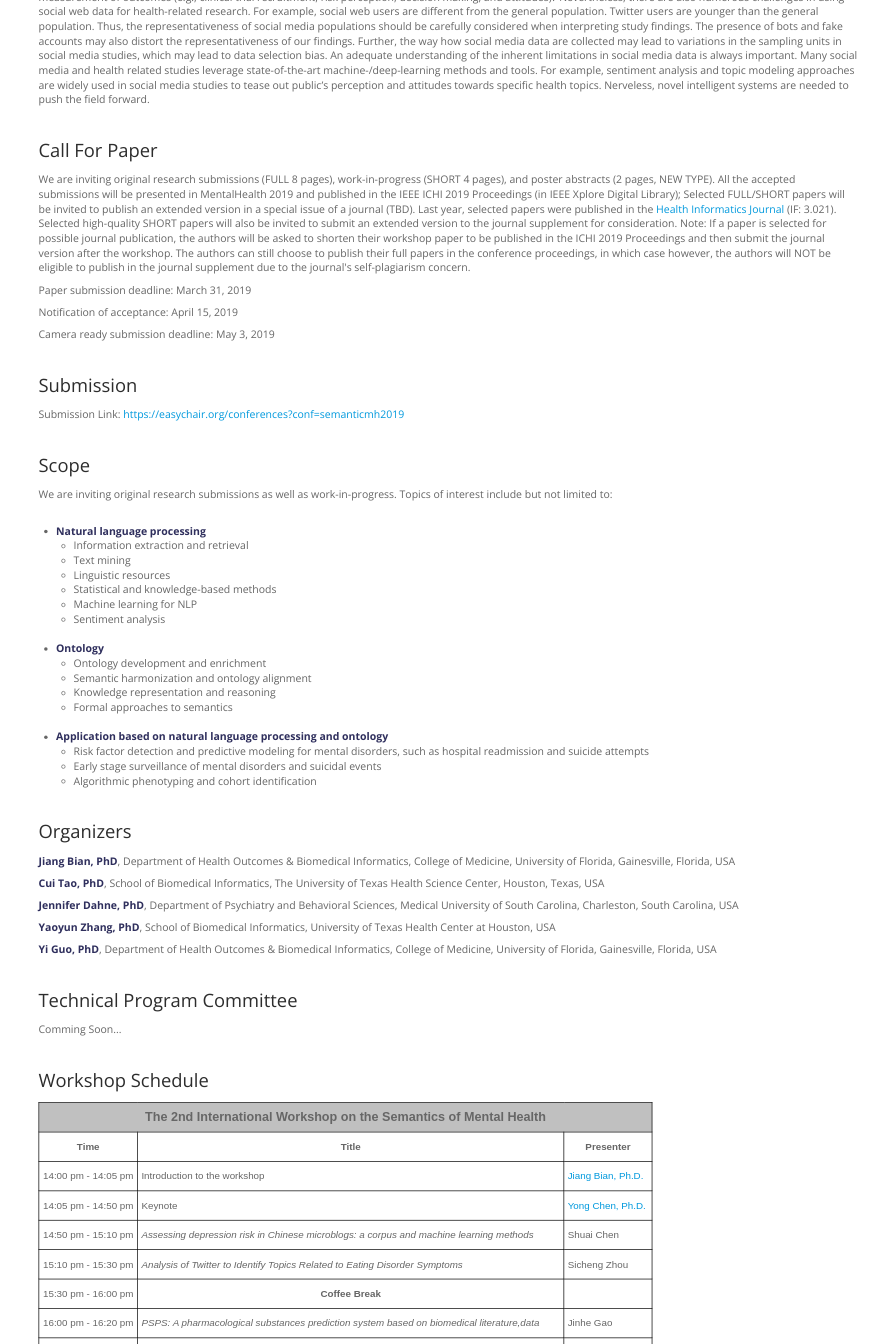
Repository: bianjiang/semantics-powered.org
Page: ISSWHR-2020/index.html
An editor plug-in stored every save of this project. The page is shown before and after the next save, followed by the edit.
The browser window is 1280 px wide. The pictures show the part of the page from y = 574 to 2494 px (the page is 2801 px tall before and 2696 px after), at 70% of full size.
Some web libraries are served in a nearby version.

Above is the page before, as saved 2019-10-26 16:52:56.
Console error (its wording comes from the project's code and is left out).

### ISSWHR-2020/index.html
<!DOCTYPE html>
<!--[if lt IE 7]>      <html class="no-js lt-ie9 lt-ie8 lt-ie7"> <![endif]-->
<!--[if IE 7]>         <html class="no-js lt-ie9 lt-ie8"> <![endif]-->
<!--[if IE 8]>         <html class="no-js lt-ie9"> <![endif]-->
<!--[if gt IE 8]><!-->
<html class="no-js">
<!--<![endif]-->

<head>
  <meta charset="utf-8">
  <meta http-equiv="X-UA-Compatible" content="IE=edge,chrome=1">
  <title></title>
  <meta name="description" content="">
  <meta name="viewport" content="width=device-width">

  <link rel="stylesheet" href="css/bootstrap.min.css">
  <style>
    body {
      padding-top: 60px;
      padding-bottom: 40px;
    }
  </style>
  <link rel="stylesheet" href="css/bootstrap-responsive.min.css">
  <link rel="stylesheet" href="css/main.css">

  <script src="js/vendor/modernizr-2.6.2-respond-1.1.0.min.js"></script>
</head>

<body class="preview" id="top" data-spy="scroll" data-target=".subnav" data-offset="80">
  <!--[if lt IE 7]>
            <p class="chromeframe">You are using an <strong>outdated</strong> browser. Please <a href="http://browsehappy.com/">upgrade your browser</a> or <a href="http://www.google.com/chromeframe/?redirect=true">activate Google Chrome Frame</a> to improve your experience.</p>
        <![endif]-->

  <!-- This code is taken from http://twitter.github.com/bootstrap/examples/hero.html -->

  <div class="navbar navbar-fixed-top">
    <div class="navbar-inner">
      <div class="container">

        <a class="btn btn-navbar" data-toggle="collapse" data-target=".nav-collapse">
                        <span class="icon-bar"></span>
                        <span class="icon-bar"></span>
                        <span class="icon-bar"></span>
                    </a>
        <a class="brand" href="#">&nbsp;</a>
        <div class="nav-collapse collapse">
          <ul class="nav">
            <li class="active"><a href="#">Home</a></li>
            <!--
                            <li><a href="#aboutxx">About</a></li>
                            <li><a href="#contact">Contact</a></li>
                            -->
          </ul>
        </div>

      </div>

    </div>
  </div>

  <div class="container">

    <!-- Main hero unit for a primary marketing message or call to action -->
    <!--
            <div class="hero-unit">
                <h1>Hello, world!</h1>
                <p>This is a template for a simple marketing or informational website. It includes a large callout called the hero unit and three supporting pieces of content. Use it as a starting point to create something more unique.</p>
                <p><a class="btn btn-primary btn-large">Learn more &raquo;</a></p>
            </div>
            -->
    <!-- Masthead
================================================== -->
    <header class="jumbotron subhead" id="overview">
      <div class="row">
        <div class="span12">
          <br/>
          <h2>Intelligent Systems in Social Web and Health Research 2020 (ISSWHR 2020)</h2>
          <p>In conjunction with the <a href="https://jsasaki3.wixsite.com/ieaaie2020" target="_blank">The 33th International Conference on Industrial, Engineering & Other Applications of Applied Intelligent Systems</a> (IEA/AIE 2020)</p>
          <p>To be held in Kitakyushu, Japan</p>
          <p>July 21-24, 2020</p>
        </div>
        <div class="span6">
          <!--
      <div class="bsa well">
          <div id="bsap_1277971" class="bsarocks bsap_c466df00a3cd5ee8568b5c4983b6bb19"></div>
      </div>
    -->
        </div>
      </div>
      <div class="subnav">
        <ul class="nav nav-pills">
          <li><a href="#history">History</a></li>
          <li><a href="#overview">Overview</a></li>
          <!-- <li><a href="#audience">Audience</a></li> -->
          <li><a href="#callforpaper">Call For Paper</a></li>
          <li><a href="#submissions">Submission</a></li>
          <!-- <li><a href="#rational">Rational</a></li>
          <li><a href="#workshopstructure">Workshop Structure</a></li> -->
          <!-- <li><a href="#publicity">Publicity</a></li> -->
          <li><a href="#scope">Scope</a></li>
          <li><a href="#organizers">Organizers</a></li>
          <li><a href="#techprogcom">Technical Program Committee</a></li>
        </ul>
      </div>
    </header>

    <!-- <section id="History">
      <div class="row">
        <div class="span12">
          <h3>History</h3>
          <p>The 1st International Workshop on the Semantics of Mental Health (SemanticMH 2018) was successfully organized and hosted in conjunction with the sixth IEEE International Conference on Healthcare Informatics (ICHI 2018) on June 7th, 2018 in New York City, NY, USA.  Overall, we received 7 high quality submissions and we accepted 6 of them.  The accepted papers were published in the IEEE ICHI 2018 workshop proceedings; and we invited the authors of these 6 accepted papers to submit an extended journal version to a special issue (“Special Issue: Semantics of Mental Health”) in the Health Informatics Journal (IF 3.021).
           All authors presented their work in ICHI 2018; and we have invited two keynote speakers (i.e., Drs. Jessie Tenenbaum and Piper Ranallo) from the Mental Health Informatics Working Group (WG) of the American Medical Informatics Association (AMIA) to present a report from the WG titled, “Mental Health Informatics and Knowledge Representation.”  Overall, SemanticsMH 2018 was highly successful and facilitated the exchange of scholar ideas from a group of interdisciplinary researches.
        </p>
        </div>
      </div>
    </section> -->

    <section id="overview">
      <div class="row">
        <div class="span12">
          <h3>Overview</h3>
          <p>Many health behaviors and decisions, despite being an individual choice, are often influenced by social and cultural context.  As people's activities and communication on the Web increase, information about their social activities and interactions become more available.  User-generated contents on the social web including Twitter, Facebook, Instagram, web sites, and blogs, as well as the future semantic web, afford us enormous opportunity for health-related research.  Today’s researchers are mining these big datasets for patterns and trends that can lead to new hypotheses, new discoveries, and new interventions.  How can you tap into the wealth of social web data to understand the intersections of individual behaviors, social-environmental factors, and social interactions to answer scientific questions?  How can you leverage the new communication landscape (Internet penetration, online communities, social media, and wikis) to design health interventions and improve measurement of outcomes (e.g., clinical trial recruitment, risk perception, decision making, and attitudes)?

            Nevertheless, there are also numerous challenges in using social web data for health-related research.  For example, social web users are different from the general population.  Twitter users are younger than the general population.  Thus, the representativeness of social media populations should be carefully considered when interpreting study findings.  The presence of bots and fake accounts may also distort the representativeness of our findings.  Further, the way how social media data are collected may lead to variations in the sampling units in social media studies, which may lead to data selection bias.  An adequate understanding of the inherent limitations in social media data is always important.

            Many social media and health related studies leverage state-of-the-art machine-/deep-learning methods and tools.  For example, sentiment analysis and topic modeling approaches are widely used in social media studies to tease out public’s perception and attitudes towards specific health topics.  Nerveless, novel intelligent systems are needed to push the field forward.
            </p>
        </div>
      </div>
    </section>

    <!-- <section id="audience">
      <div class="row">
        <div class="span12">
          <h3>Audience</h3>
          <p>The goal of this workshop is to bring experts in the field of natural language processing, knowledge representation, knowledge management, and health data analytics to discuss innovative analytical methods, applications, and tools to address problems in mental health.
        </p>
        </div>
      </div>
    </section> -->

    <section id="callforpaper">
      <div class="row">
        <div class="span12">
          <h3>Call For Paper</h3>
          <p>We are inviting original research submissions (FULL 8 pages), work-in-progress (SHORT 4 pages), and poster abstracts (2 pages, NEW TYPE).
              All the accepted submissions will be presented in MentalHealth 2019 and published in the IEEE ICHI 2019 Proceedings (in IEEE Xplore Digital Library); Selected FULL/SHORT papers will be invited to publish an extended version in a special issue of a journal (TBD).  Last year, selected papers were published in the <a href="http://journals.sagepub.com/home/jhi" target="_blank">Health Informatics Journal</a> (IF: 3.021). Selected high-quality SHORT papers will also be invited to submit an extended version to the journal supplement for consideration.
              Note: If a paper is selected for possible journal publication, the authors will be asked to shorten their workshop paper to be published in the ICHI 2019 Proceedings and then submit the journal version after the workshop. The authors can still choose to publish their full papers in the conference proceedings, in which case however, the authors will NOT be eligible to publish in the journal supplement due to the journal's self-plagiarism concern.
              <!-- <p>Paper submission deadline: March 15, 2019</p> -->
              <p>Paper submission deadline: March 31, 2019</p>
              <p>Notification of acceptance: April 15, 2019</p>
              <p>Camera ready submission deadline: May 3, 2019</p>
        </p>
        </div>
      </div>
    </section>

    <section id="submissions">
      <div class="row">
        <div class="span12">
          <h3>Submission</h3>
          <p>Submission Link: <a href="https://easychair.org/conferences?conf=semanticmh2019" target="_blank">https://easychair.org/conferences?conf=semanticmh2019</a></p>
        </div>
      </div>
    </section>
    <!-- <section id="rational">
      <div class="row">
        <div class="span12">
          <h3>Rational</h3>
          <p>Our proposed workshop aims to provide an international platform for the researchers and scientists in the mental health communities to demonstrate research progresses, share ideas, address questions, and promote collaborations for better representation and analysis of mental health-related terminologies and clinical and research data.
        </p>
        </div>
      </div>
    </section> -->

    <!-- <section id="workshopstructure">
      <div class="row">
        <div class="span12">
          <h3>Workshop Structure</h3>
          <p>We propose a half-day SemanticMH workshop for this year. We will arrange 3 hours for paper presentations and 1 hour for extensive discussions. Different sessions will be arranged based on the topics of presentations. Depending on the number of papers accepted for presentation, each paper presentation will be restricted to 10-25 minutes for a full-length paper, and 5-15 minutes for a short-length paper. All the papers will be submitted and handled through EasyChair and go through peer reviews by at least two reviewers. After the full papers are accepted, we will work with the Health Informatics editors and reviewers to decide which papers will be formally invited for extension to be included in a thematic series in the Health Informatics journal.
        </p>
        </div>
      </div>
    </section>


    <section id="publicity">
      <div class="row">
        <div class="span12">
          <h3>Publicity</h3>
          <p>Various methods will be used for advertisement, including: (i) posting in email mailing lists and through private emails; (ii) creating a workshop discussion email list address and using it for sharing news and posting, (iii) posting in influential websites, (iv) phone calls to colleagues and friends who may be interested, (v) generating a workshop website dedicated to this event, and inviting potential attendees to visit, and (vi) generating a social networking website in LinkedIn to attract public attention, participation, and discussion. The main difference between the workshop website and the LinkedIn website will be that the workshop website is dedicated for posting the workshop information, and the LinkedIn website is used for social networking.
        </p>
        </div>
      </div>
    </section> -->

    <section id="scope">

      <div class="row">
        <div class="span12">
          <h3>Scope</h3>
          <p>We are inviting original research submissions as well as work-in-progress.
            Topics of interest include but not limited to:
          </p>
          <br>
          <ul>
            <li>
              <b>Natural language processing</b>
              <ul>
                <li>Information extraction and retrieval </li>
                <li>Text mining</li>
                <li>Linguistic resources</li>
                <li>Statistical and knowledge-based methods</li>
                <li>Machine learning for NLP</li>
                <li>Sentiment analysis</li>
              </ul>
            </li>
            <br>
            <li>
              <b>Ontology</b>
              <ul>
                <li>Ontology development and enrichment </li>
                <li>Semantic harmonization and ontology alignment</li>
                <li>Knowledge representation and reasoning</li>
                <li>Formal approaches to semantics</li>
              </ul>
            </li>
            <br>
            <li>
              <b>Application based on natural language processing and ontology</b>
              <ul>
                <li>Risk factor detection and predictive modeling for mental disorders, such as hospital readmission and suicide attempts</li>
                <li>Early stage surveillance of mental disorders and suicidal events </li>
                <li>Algorithmic phenotyping and cohort identification </li>
              </ul>
            </li>
          </ul>


        </div>
      </div>
    </section>

    <section id="organizers">
      <div class="row">
        <div class="span12">
          <h3>Organizers</h3>
          <p><b>Jiang Bian, PhD</b>, Department of Health Outcomes & Biomedical Informatics, College of Medicine, University of Florida, Gainesville, Florida, USA</p>
          <p><b>Cui Tao, PhD</b>, School of Biomedical Informatics, The University of Texas Health Science Center, Houston, Texas, USA</p>
          <p><b>Jennifer Dahne, PhD</b>, Department of Psychiatry and Behavioral Sciences, Medical University of South Carolina, Charleston, South Carolina, USA</p>
          <p><b>Yaoyun Zhang, PhD</b>, School of Biomedical Informatics, University of Texas Health Center at Houston, USA</p></p>
          <p><b>Yi Guo, PhD</b>, Department of Health Outcomes & Biomedical Informatics, College of Medicine, University of Florida, Gainesville, Florida, USA</p></p>
        </div>
      </div>
    </section>

    <section id="techprogcom">
      <div class="row">
        <div class="span12">
          <h3>Technical Program Committee</h3>
          <p>Comming Soon...</p>
        </div>
      </div>
    </section>

    <section id="schedule">
      <div class="row">
        <div class="span12">
          <h3>Workshop Schedule</h3>
          <div>
            <style type="text/css">
              .tg  {border-collapse:collapse;border-spacing:0;}
              .tg td{font-family:Arial, sans-serif;font-size:14px;padding:10px 5px;border-style:solid;border-width:1px;overflow:hidden;word-break:normal;border-color:black;}
              .tg th{font-family:Arial, sans-serif;font-size:14px;font-weight:normal;padding:10px 5px;border-style:solid;border-width:1px;overflow:hidden;word-break:normal;border-color:black;}
              .tg .tg-s6z2{text-align:center}
              .tg .tg-baqh{text-align:center;vertical-align:top}
              .tg .tg-j8xs{font-weight:bold;font-size:18px;background-color:#c0c0c0;text-align:center;vertical-align:top}
              .tg .tg-hgcj{font-weight:bold;text-align:center}
              .tg .tg-amwm{font-weight:bold;text-align:center;vertical-align:top}
              .tg .tg-s268{text-align:left}
              .tg .tg-0lax{text-align:left;vertical-align:top}
              .tg .tg-8zwo{font-style:italic;text-align:left;vertical-align:top}
              </style>
              <table class="tg" style="undefined;table-layout:fixed;width:876px;">
              <colgroup>
              <col style="width: 141px">
              <col style="width: 609px">
              <col style="width: 126px">
              </colgroup>
                <tr>
                  <th class="tg-j8xs" colspan="3">The 2nd International Workshop on the Semantics of Mental Health</th>
                </tr>
                <tr>
                  <td class="tg-hgcj">Time</td>
                  <td class="tg-hgcj">Title</td>
                  <td class="tg-amwm">Presenter</td>
                </tr>
                <tr>
                  <td class="tg-s6z2">14:00 pm - 14:05 pm</td>
                  <td class="tg-s268">Introduction to the workshop</td>
                  <td class="tg-0lax"><a target="_blank" href="https://hobi.med.ufl.edu/about/faculty-directory-2/bian-jiang/">Jiang Bian, Ph.D.</a></td>
                </tr>
                <tr>
                  <td class="tg-s6z2">14:05 pm - 14:50 pm</td>
                  <td class="tg-s268">Keynote</td>
                  <td class="tg-0lax"><a target="_blank" href="https://dbe.med.upenn.edu/biostat-research/YongChen">Yong Chen, Ph.D.</a></td>
                </tr>
                <tr>
                  <td class="tg-baqh">14:50 pm - 15:10 pm</td>
                  <td class="tg-8zwo">Assessing depression risk in Chinese microblogs: a corpus and machine learning methods</td>
                  <td class="tg-0lax">Shuai Chen</td>
                </tr>
                <tr>
                  <td class="tg-baqh">15:10 pm - 15:30 pm</td>
                  <td class="tg-8zwo">Analysis of Twitter to Identify Topics Related to Eating Disorder Symptoms</td>
                  <td class="tg-0lax">Sicheng Zhou</td>
                </tr>
                <tr>
                  <td class="tg-baqh">15:30 pm - 16:00 pm</td>
                  <td class="tg-amwm">Coffee Break</td>
                  <td class="tg-0lax"></td>
                </tr>
                <tr>
                  <td class="tg-baqh">16:00 pm - 16:20 pm</td>
                  <td class="tg-8zwo">PSPS: A pharmacological substances prediction system based on biomedical literature,data</td>
                  <td class="tg-0lax">Jinhe Gao</td>
                </tr>
                <tr>
                  <td class="tg-baqh">16:20 pm - 16:40 pm</td>
                  <td class="tg-8zwo">Combining Clinical Data and Domain Knowledge for Analyzing Mental Disorder Concept Relatedness,and Usage</td>
                  <td class="tg-0lax">Dou Wei</td>
                </tr>
                <tr>
                  <td class="tg-baqh">16:40 pm - 17:00 pm</td>
                  <td class="tg-8zwo">STAT: A Web-based Semantic Text Annotation Tool to Assist Building Mental Health Knowledge Base</td>
                  <td class="tg-0lax">Xing He</td>
                </tr>
                <tr>
                  <td class="tg-baqh">17:00 pm - 17:20 pm</td>
                  <td class="tg-8zwo">Systematic Design of Drug Repurposing-oriented Alzheimer’s Disease Ontology</td>
                  <td class="tg-0lax">Cui Tao</td>
                </tr>
              </table>
          </div>
        </div>
      </div>
    </section>
    <hr>
    <h4><b>Contact:</b> Jiang Bian; <a href="mailto:bianjiang@ufl.edu">bianjiang@ufl.edu</a></h4>
    <footer>
      <p>&copy; SemanticMH 2019</p>
    </footer>

  </div>
  <!-- /container -->

  <script src="//ajax.googleapis.com/ajax/libs/jquery/1.9.1/jquery.min.js"></script>
  <script>
    window.jQuery || document.write('<script src="js/vendor/jquery-1.9.1.min.js"><\/script>')
  </script>

  <script src="js/vendor/bootstrap.min.js"></script>

  <script src="js/plugins.js"></script>
  <script src="js/main.js"></script>
  <script>
      (function (i, s, o, g, r, a, m) {
i['GoogleAnalyticsObject'] = r; i[r] = i[r] || function () {
        (i[r].q = i[r].q || []).push(arguments)
      }, i[r].l = 1 * new Date(); a = s.createElement(o),
        m = s.getElementsByTagName(o)[0]; a.async = 1; a.src = g; m.parentNode.insertBefore(a, m)
      })(window, document, 'script', 'https://www.google-analytics.com/analytics.js', 'ga');

    ga('create', 'UA-50982144-4', 'auto');
    ga('send', 'pageview');
  </script>
</body>

</html>

Loaded but not shown: ISSWHR-2020/css/bootstrap.min.css (library); ISSWHR-2020/css/bootstrap-responsive.min.css (library); ISSWHR-2020/js/vendor/modernizr-2.6.2-respond-1.1.0.min.js (library); ISSWHR-2020/js/vendor/bootstrap.min.js (library); ISSWHR-2020/js/main.js (95 lines, source omitted); ISSWHR-2020/js/plugins.js (24 lines, source omitted); ISSWHR-2020/css/main.css (463 lines, source omitted)

After the next save:
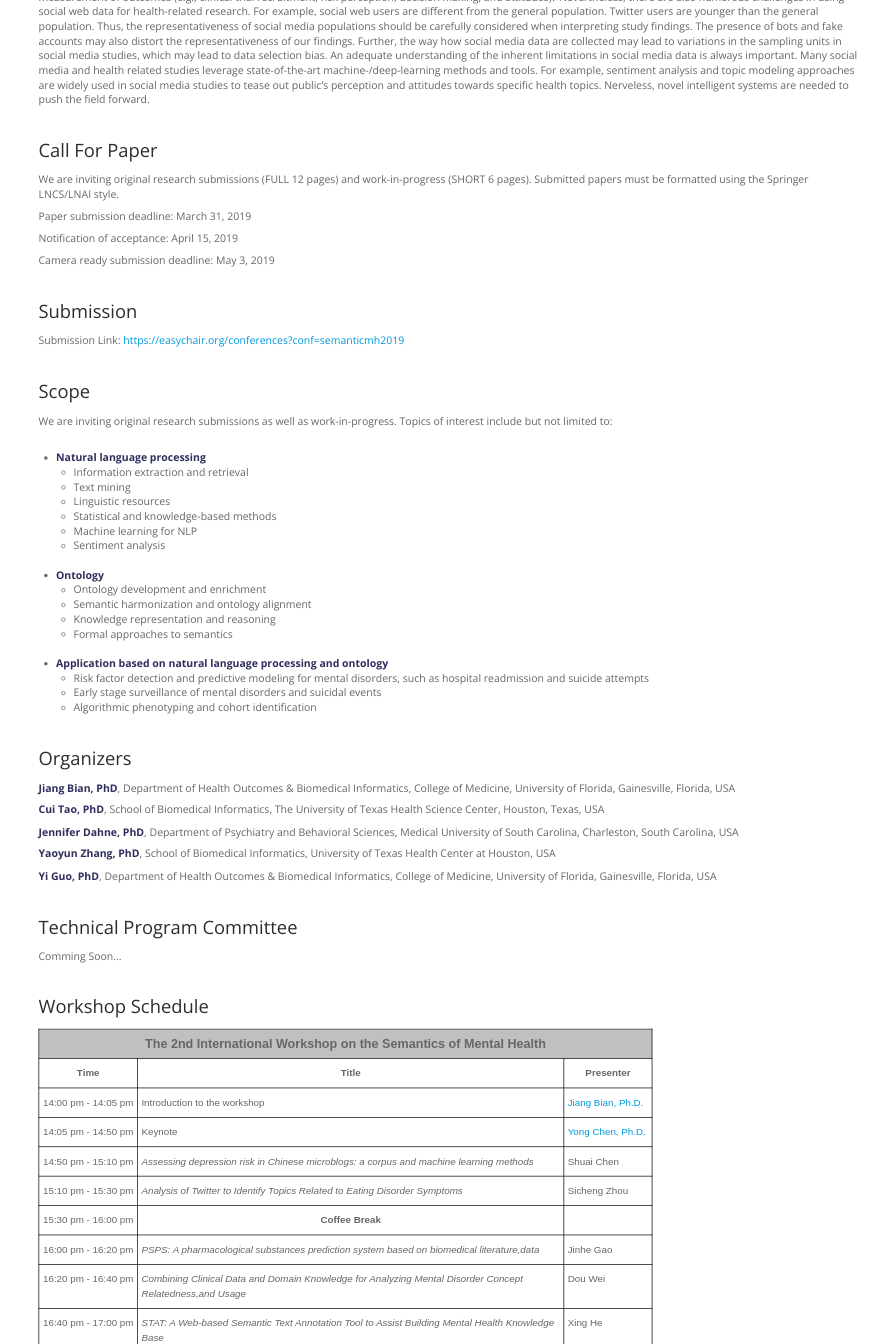
Saved 95 s later.
--- a/ISSWHR-2020/index.html
+++ b/ISSWHR-2020/index.html
@@ -143,9 +143,7 @@
       <div class="row">
         <div class="span12">
           <h3>Call For Paper</h3>
-          <p>We are inviting original research submissions (FULL 8 pages), work-in-progress (SHORT 4 pages), and poster abstracts (2 pages, NEW TYPE).
-              All the accepted submissions will be presented in MentalHealth 2019 and published in the IEEE ICHI 2019 Proceedings (in IEEE Xplore Digital Library); Selected FULL/SHORT papers will be invited to publish an extended version in a special issue of a journal (TBD).  Last year, selected papers were published in the <a href="http://journals.sagepub.com/home/jhi" target="_blank">Health Informatics Journal</a> (IF: 3.021). Selected high-quality SHORT papers will also be invited to submit an extended version to the journal supplement for consideration.
-              Note: If a paper is selected for possible journal publication, the authors will be asked to shorten their workshop paper to be published in the ICHI 2019 Proceedings and then submit the journal version after the workshop. The authors can still choose to publish their full papers in the conference proceedings, in which case however, the authors will NOT be eligible to publish in the journal supplement due to the journal's self-plagiarism concern.
+          <p>We are inviting original research submissions (FULL 12 pages) and work-in-progress (SHORT 6 pages).  Submitted papers must be formatted using the Springer LNCS/LNAI style.
               <!-- <p>Paper submission deadline: March 15, 2019</p> -->
               <p>Paper submission deadline: March 31, 2019</p>
               <p>Notification of acceptance: April 15, 2019</p>
